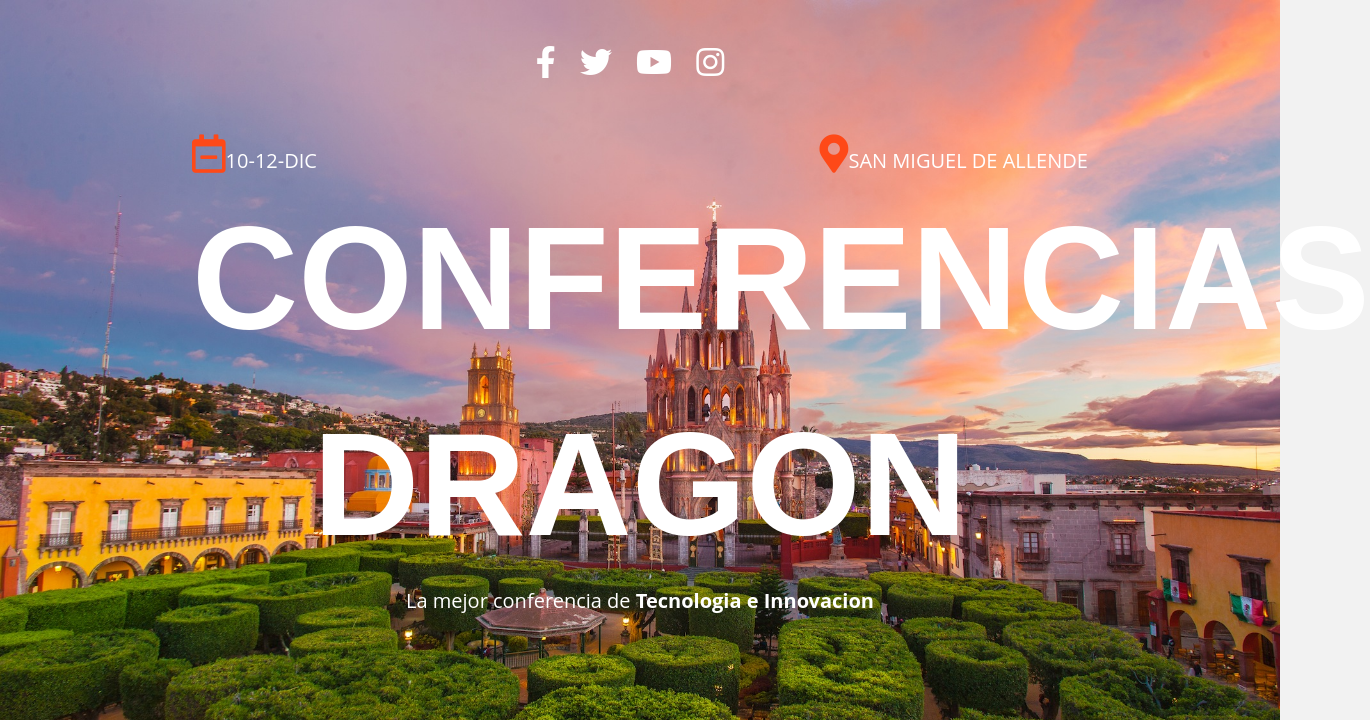
Repository: edgarhdzp/pagina-conferencias-reservaciones
Page: index.html
An editor plug-in stored every save of this project. The page is shown before and after a run of saves, followed by the edit.
The browser window is 1280 px wide. The page is 1370 px wide, then 1280 px, so the pictures cover 1370 px, including what lies to the right of the window. The pictures show the whole page.

Above is the page before, as saved 2020-06-17 00:03:49.

After the next 2 saves:
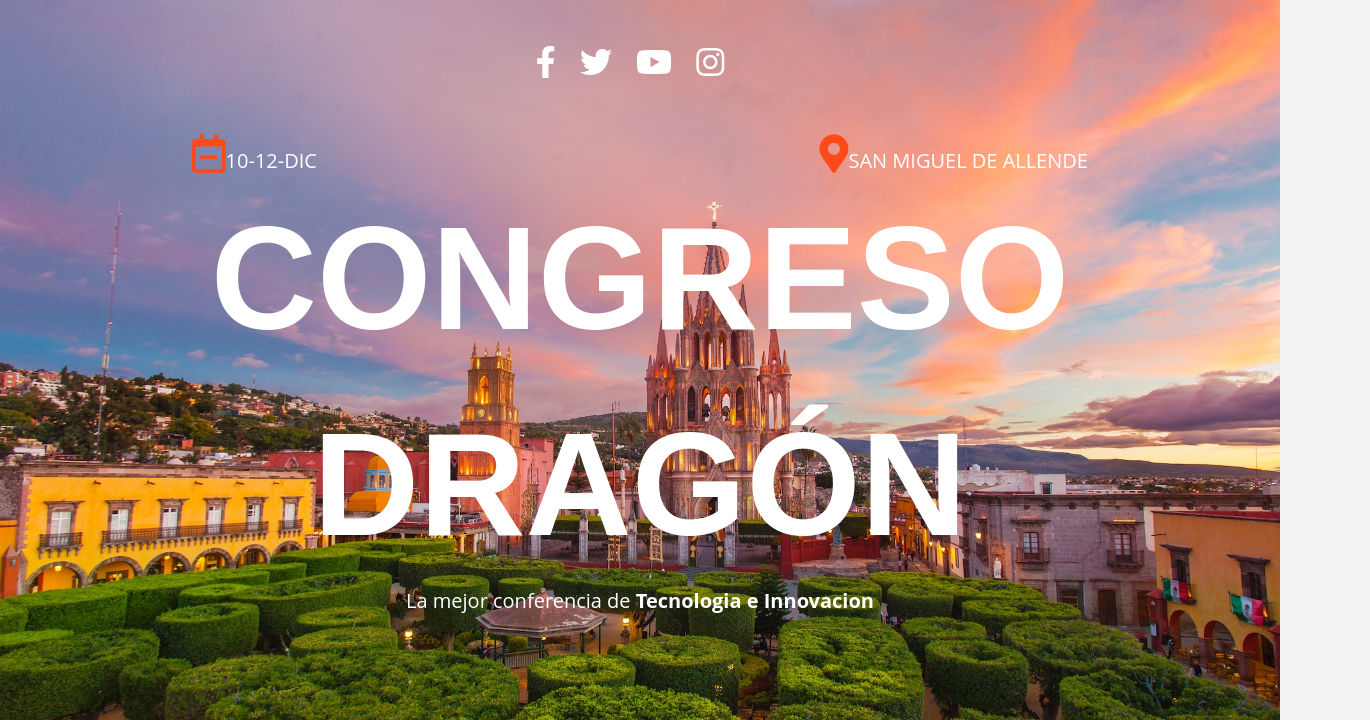
The 2 saves are shown as one change because they came seconds apart.
The last was saved 4 min 45 s later.
--- a/index.html
+++ b/index.html
@@ -42,7 +42,7 @@
                         <p class="fecha"><i class="far fa-calendar-minus"></i>10-12-Dic</p>
                         <p class="ciudad"><i class="fas fa-map-marker-alt"></i>San Miguel de Allende</p>
                     </div>
-                    <h1 class="nombre-sitio">Conferencias Dragon</h1>
+                    <h1 class="nombre-sitio">Congreso Dragón</h1>
                     <p class="slogan">La mejor conferencia de <span>Tecnologia e Innovacion</span></p>
                 </div>
             </div>
